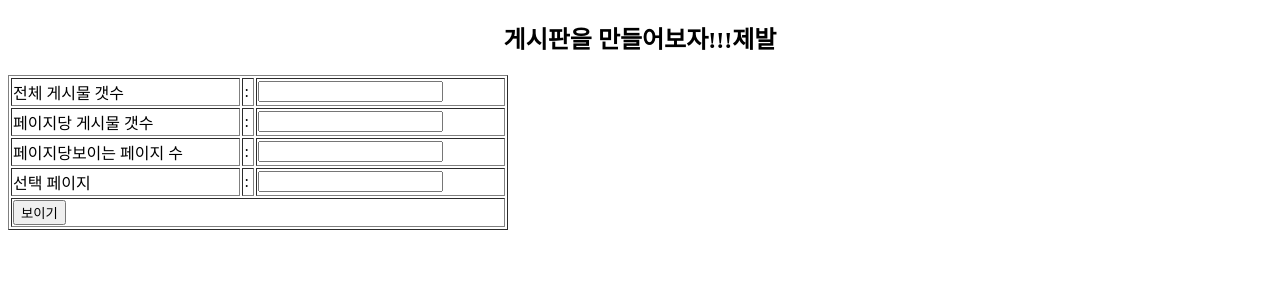
Repository: DrakeJU/eclipse-workspace
Page: Web/WebContent/01/PostBoardIndex.html
These files come from the project's save history. The page is drawn as it stood at one moment and after the next save; the edit follows.
The browser window is 1280 px wide. The pictures show the whole page.

Above is the page before, as saved 2017-10-13 04:46:21.

### Web/WebContent/01/PostBoardIndex.html
<!DOCTYPE html>
<html>
	<head>
		<meta charset="UTF-8">
			<title>indexPage</title>
	</head>
		<body>
			<h2 align = "center">게시판을 만들어보자!!!제발</h2>
				<form action "/PostBoard" method = "post">
				<table border="1" width = "500" heigth = "100" >
					<tr>
						<td>전체 게시물 갯수</td> <td>:</td><td><input type="text" name="TotalPost"><br></td>
					</tr>
					<tr>
						<td>페이지당 게시물 갯수</td><td>:</td><td><input type="text" name="NumPerPost"><br></td>
					</tr>
					<tr>
						<td>페이지당보이는 페이지 수</td> <td>:</td><td><input type="text" name="NumPerPage"><br></td>
					</tr>
					<tr>
						<td>선택 페이지</td> <td>:</td><td><input type="text" name="CurrentPage"><br></td>
					</tr>
					<tr>
						<td colspan = "3"><input type = submit value = "보이기"></td>
					</tr>
				</table>
				</form>
		</body>
</html>

After the next save:
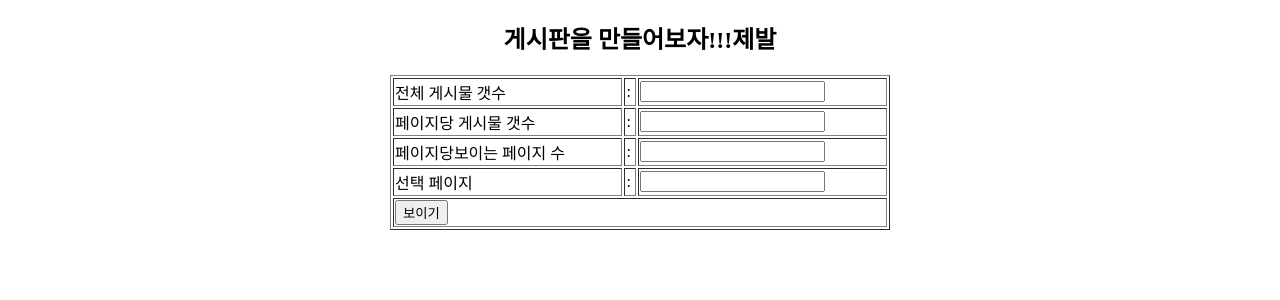
Saved 15 s later.
--- a/Web/WebContent/01/PostBoardIndex.html
+++ b/Web/WebContent/01/PostBoardIndex.html
@@ -7,7 +7,7 @@
 		<body>
 			<h2 align = "center">게시판을 만들어보자!!!제발</h2>
 				<form action "/PostBoard" method = "post">
-				<table border="1" width = "500" heigth = "100" >
+				<table border="1" width = "500" heigth = "100" align = "center">
 					<tr>
 						<td>전체 게시물 갯수</td> <td>:</td><td><input type="text" name="TotalPost"><br></td>
 					</tr>
